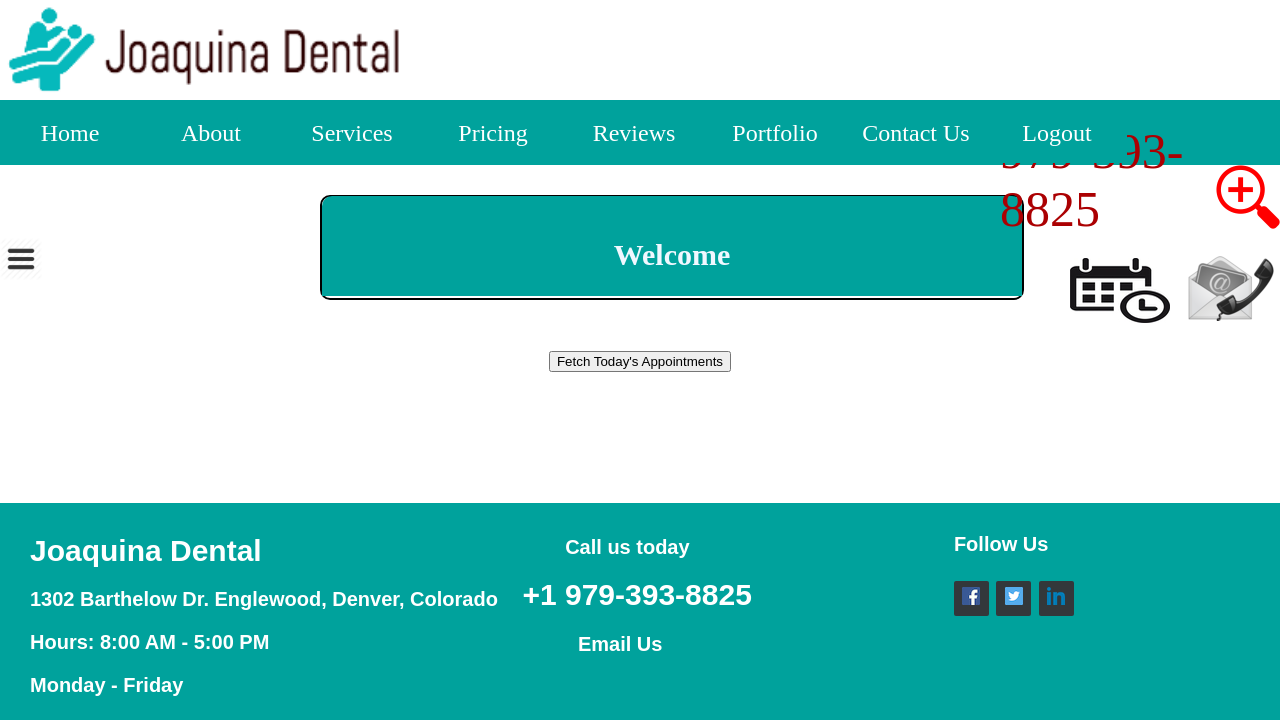
Repository: ManjushaBolishetty/test
Page: http://localhost/test/DentistHomePage.jsp
An editor plug-in stored every save of this project. The page is shown before and after the next save, followed by the edit.
The browser window is 1280 px wide. The pictures show the whole page.
The page is served by Tomcat 9.

Above is the page before, as saved 2016-04-03 17:34:11.

After the next save:
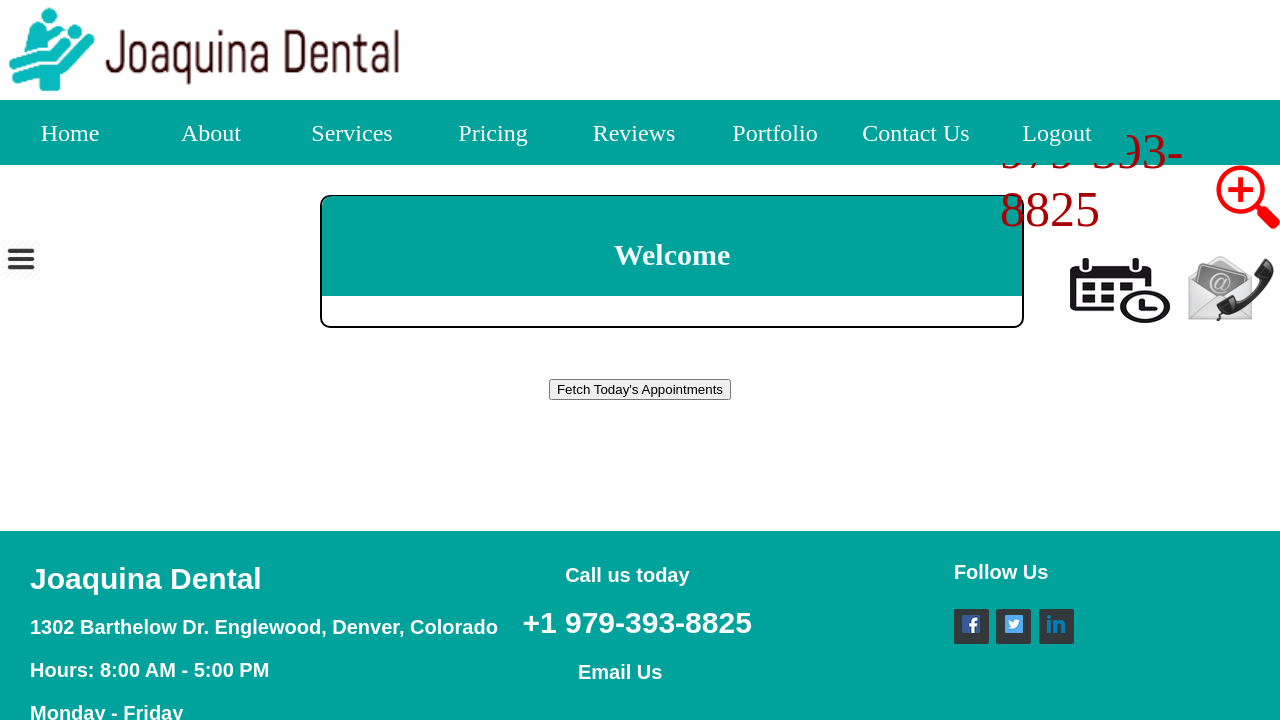
Saved 35 s later.
--- a/test/WebContent/DentistHomePage.jsp
+++ b/test/WebContent/DentistHomePage.jsp
@@ -39,6 +39,10 @@ $(document).ready(function(){
 <header>
     <h3>Welcome <%session.getAttribute("Dentist_Name"); %></h3>
 </header>
+<form action="" method="">
+
+
+</form>
 </div>
 <%--
 <div class="Logindate">
